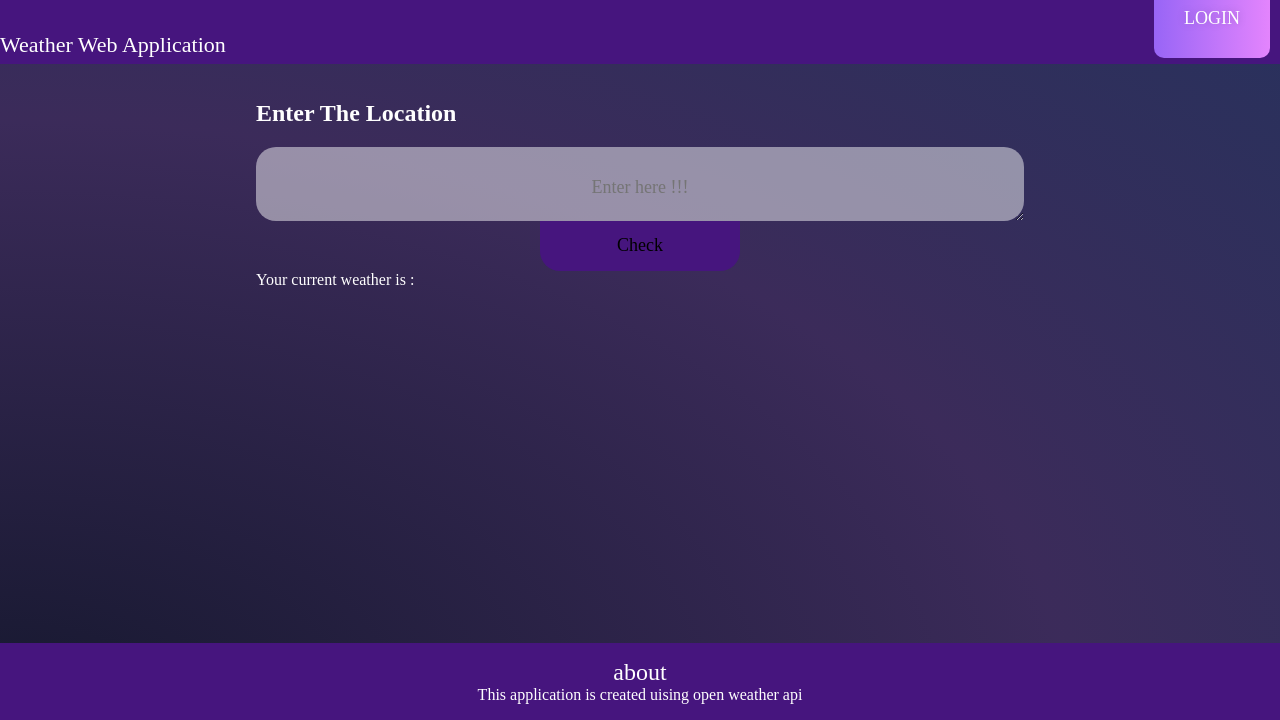
Repository: Irfan-vit/openapi
Page: index.html
These files come from the project's save history. The page is drawn as it stood at one moment and after the next save; the edit follows.
The browser window is 1280 px wide. The pictures show the whole page.

Above is the page before, as saved 2021-05-28 23:57:20.

After the next save:
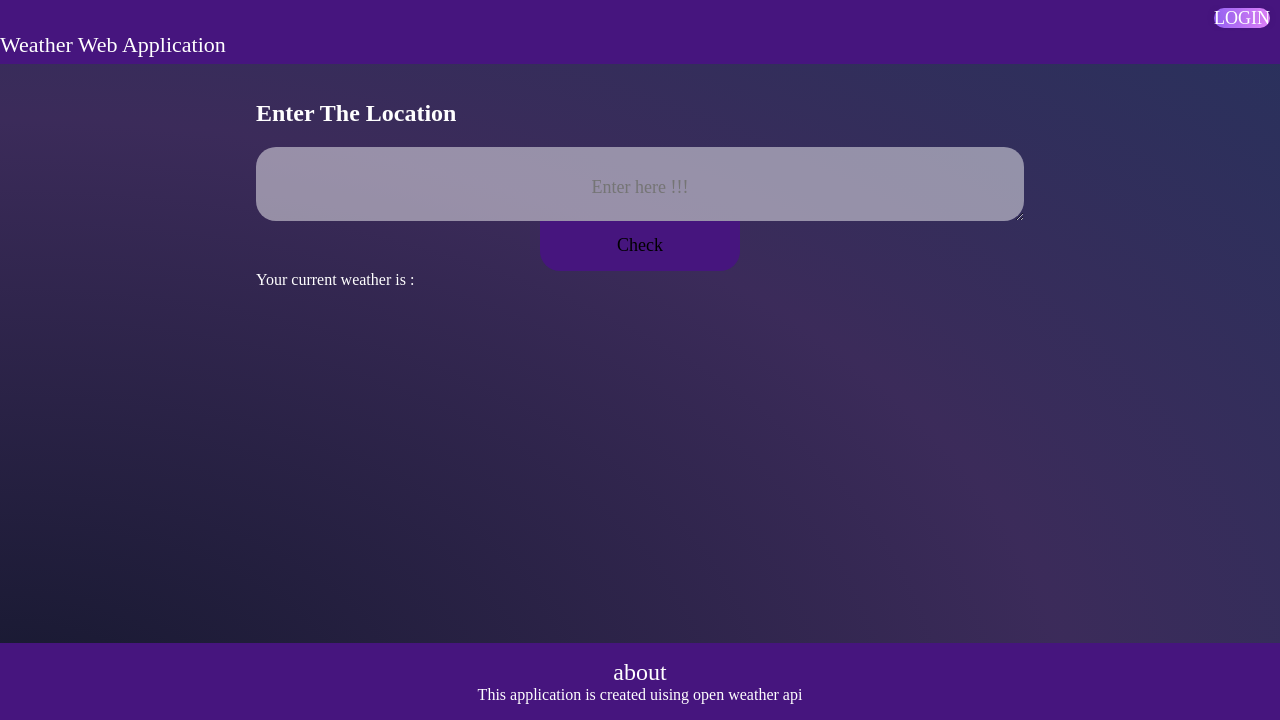
Saved 26 s later.
--- a/style.css
+++ b/style.css
@@ -200,7 +200,7 @@
 .btn {
   flex: 1 1 auto;
   margin: 10px;
-  padding: 30px;
+  /* padding: 30px; */
   text-align: center;
   text-transform: uppercase;
   transition: 0.5s;

After the save that followed:
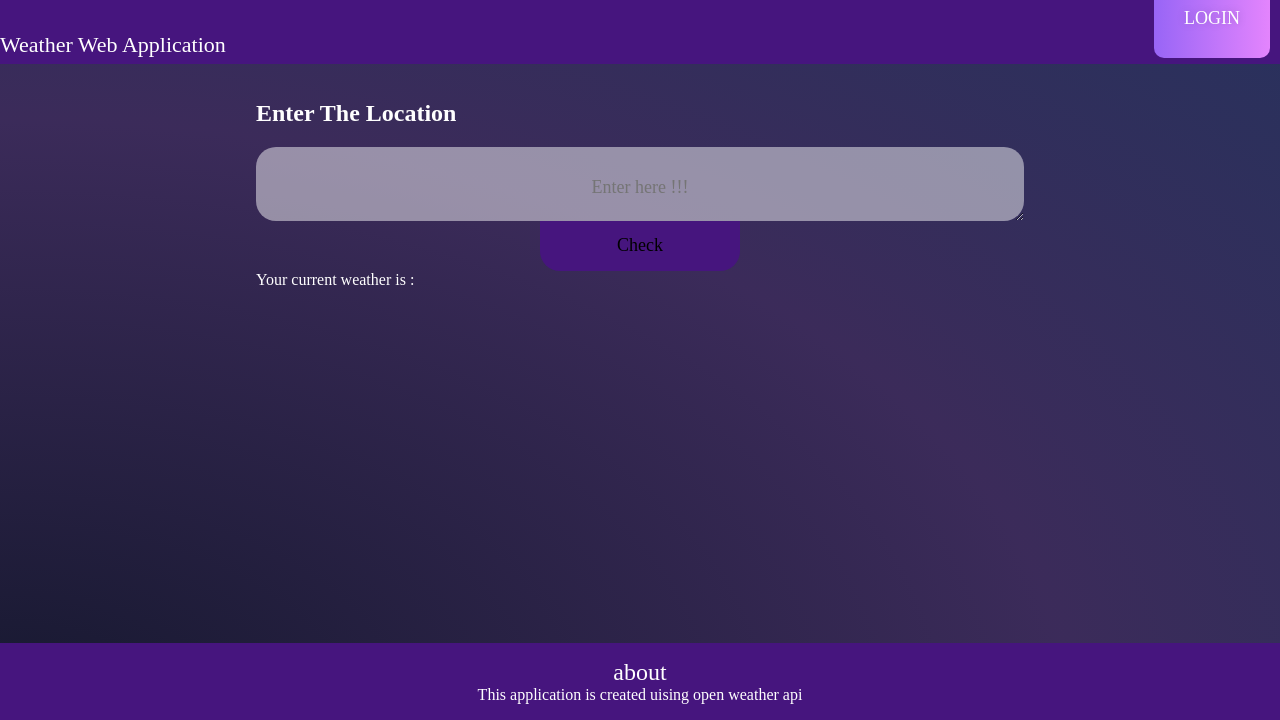
Saved 7 s later.
--- a/style.css
+++ b/style.css
@@ -200,7 +200,7 @@
 .btn {
   flex: 1 1 auto;
   margin: 10px;
-  /* padding: 30px; */
+  padding: 30px;
   text-align: center;
   text-transform: uppercase;
   transition: 0.5s;
